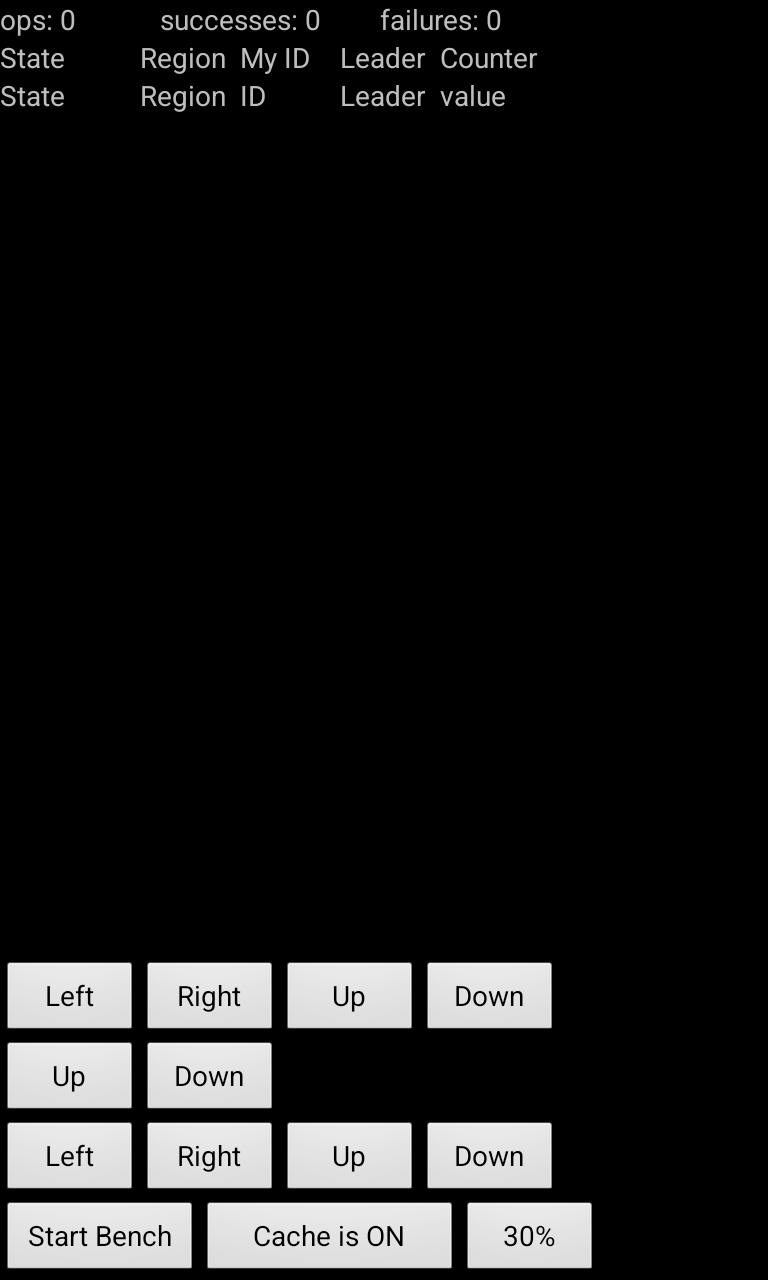
Repository: jasongao/csmcode
Layout: current/workspace/VNConsistent/res/layout/main.xml
These files come from the project's save history. The layout is drawn as it stood at one moment and after the next save; the edit follows.
It is drawn on a 768 x 1280 px phone screen (xhdpi) without system bars, with theme android:Theme; the app's code is not run. Lists and similar views that code fills are empty.

Above is the layout before, as saved 2011-07-17 15:35:56.

### current/workspace/VNConsistent/res/layout/main.xml
<?xml version="1.0" encoding="utf-8"?>
<LinearLayout xmlns:android="http://schemas.android.com/apk/res/android"
	android:orientation="vertical" android:layout_width="fill_parent"
	android:layout_height="fill_parent">

	<LinearLayout android:layout_width="match_parent"
		android:layout_height="wrap_content" android:id="@+id/CountInfoLayout">
		<TextView android:text="ops: 0" android:layout_height="wrap_content"
			android:id="@+id/opcount_tv" android:layout_width="80dip"></TextView>
		<TextView android:text="successes: 0" android:layout_height="wrap_content"
			android:id="@+id/successcount_tv" android:layout_width="110dip"></TextView>
		<TextView android:text="failures: 0" android:layout_height="wrap_content"
			android:id="@+id/failurecount_tv" android:layout_width="90dip"></TextView>
	</LinearLayout>

	<LinearLayout android:layout_width="match_parent"
		android:layout_height="wrap_content" android:id="@+id/StatusHeadingLayout">
		<TextView android:text="State" android:id="@+id/TextView04"
			android:layout_height="wrap_content" android:layout_width="70dip"></TextView>
		<TextView android:text="Region" android:layout_width="50dip"
			android:id="@+id/TextView03" android:layout_height="wrap_content"></TextView>
		<TextView android:text="My ID" android:layout_width="50dip"
			android:id="@+id/TextView01" android:layout_height="wrap_content"></TextView>
		<TextView android:layout_height="wrap_content"
			android:layout_width="50dip" android:text="Leader" android:id="@+id/TextView05"></TextView>
		<TextView android:text="Counter" android:layout_height="wrap_content"
			android:id="@+id/TextView06" android:layout_width="75dip"></TextView>
	</LinearLayout>
	<LinearLayout android:layout_width="match_parent"
		android:layout_height="wrap_content" android:id="@+id/StatusInfoLayout">
		<TextView android:text="State" android:layout_height="wrap_content"
			android:id="@+id/state_tv" android:layout_width="70dip"></TextView>
		<TextView android:text="Region" android:layout_height="wrap_content"
			android:layout_width="50dip" android:id="@+id/region_tv"></TextView>
		<TextView android:text="ID" android:layout_width="50dip"
			android:id="@+id/id_tv" android:layout_height="wrap_content"></TextView>
		<TextView android:layout_height="wrap_content"
			android:layout_width="50dip" android:text="Leader" android:id="@+id/leader_tv"></TextView>
		<TextView android:layout_height="wrap_content"
			android:layout_width="75dip" android:text="value" android:id="@+id/csm_tv"></TextView>
	</LinearLayout>

	<ListView android:id="@+id/msgList" android:layout_width="fill_parent"
		android:layout_height="fill_parent" android:stackFromBottom="true"
		android:transcriptMode="alwaysScroll" android:layout_weight="1">
	</ListView>

	<LinearLayout android:layout_width="fill_parent"
		android:orientation="horizontal" android:layout_height="wrap_content"
		android:id="@+id/RegionButton1Layout">
		<Button android:text="Left" android:id="@+id/left_button"
			android:layout_width="70dip" android:layout_height="40dip" />
		<Button android:text="Right" android:id="@+id/right_button"
			android:layout_width="70dip" android:layout_height="40dip" />
		<Button android:text="Up" android:id="@+id/up_button"
			android:layout_width="70dip" android:layout_height="40dip" />
		<Button android:text="Down" android:id="@+id/down_button"
			android:layout_width="70dip" android:layout_height="40dip" />
	</LinearLayout>

	<LinearLayout android:layout_width="fill_parent"
		android:orientation="horizontal" android:layout_height="wrap_content"
		android:id="@+id/RegionButton2Layout">
		<Button android:text="Up" android:id="@+id/up_button"
			android:layout_width="70dip" android:layout_height="40dip" />
		<Button android:text="Down" android:id="@+id/down_button"
			android:layout_width="70dip" android:layout_height="40dip" />
	</LinearLayout>

	<LinearLayout android:layout_width="fill_parent"
		android:orientation="horizontal" android:layout_height="wrap_content"
		android:id="@+id/RegionButtonLayout">
		<Button android:text="Left" android:id="@+id/left_button"
			android:layout_width="70dip" android:layout_height="40dip" />
		<Button android:text="Right" android:id="@+id/right_button"
			android:layout_width="70dip" android:layout_height="40dip"></Button>
		<Button android:text="Up" android:id="@+id/up_button"
			android:layout_width="70dip" android:layout_height="40dip" />
		<Button android:text="Down" android:id="@+id/down_button"
			android:layout_width="70dip" android:layout_height="40dip" />
	</LinearLayout>

	<LinearLayout android:layout_width="fill_parent"
		android:orientation="horizontal" android:layout_height="wrap_content"
		android:id="@+id/TestButtonsLayout">
		<Button android:text="Start Bench" android:layout_width="100dip"
			android:id="@+id/switchbench_button" android:layout_height="40dip"></Button>
		<Button android:layout_width="130dip" android:text="Cache is ON"
			android:id="@+id/cache_button" android:layout_height="40dip"></Button>
		<Button android:text="30%" android:id="@+id/distribution_button"
			android:layout_height="40dip" android:layout_width="70dip"></Button>
	</LinearLayout>

</LinearLayout>

After the next save:
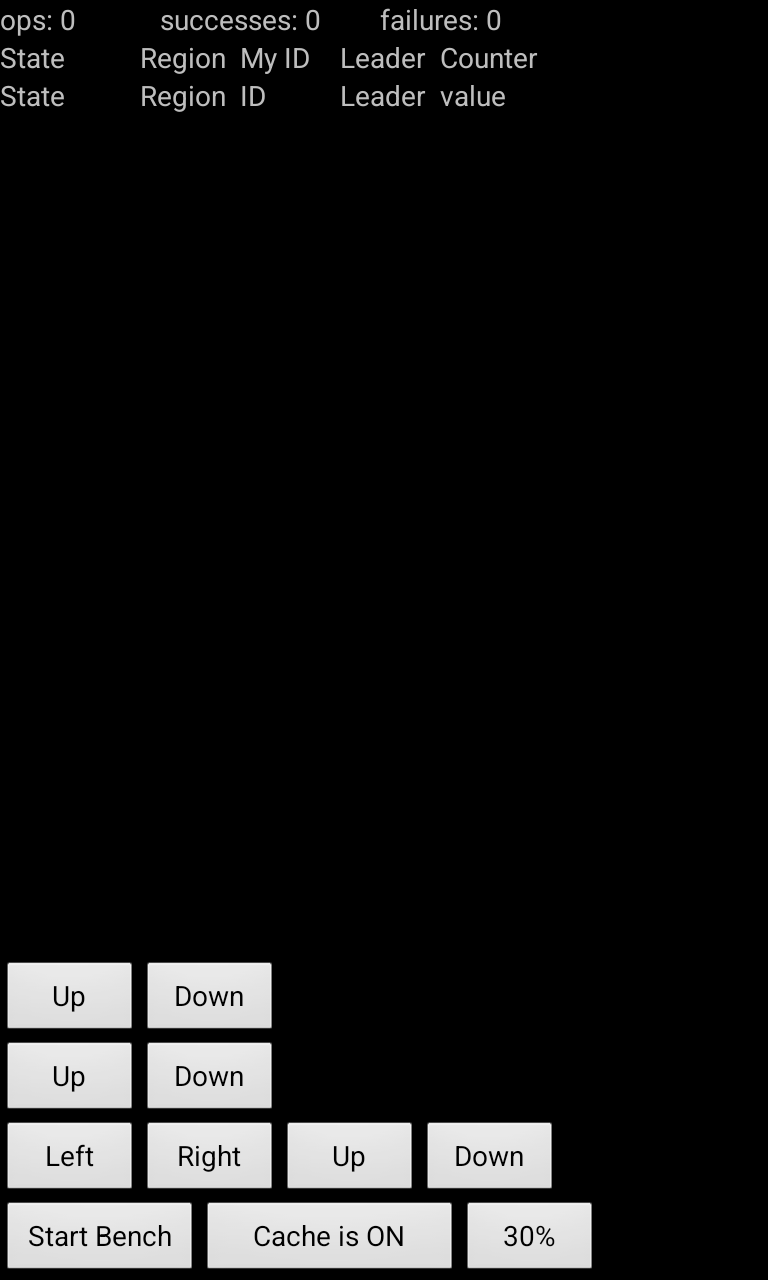
Saved 5 s later.
--- a/current/workspace/VNConsistent/res/layout/main.xml
+++ b/current/workspace/VNConsistent/res/layout/main.xml
@@ -48,10 +48,6 @@
 	<LinearLayout android:layout_width="fill_parent"
 		android:orientation="horizontal" android:layout_height="wrap_content"
 		android:id="@+id/RegionButton1Layout">
-		<Button android:text="Left" android:id="@+id/left_button"
-			android:layout_width="70dip" android:layout_height="40dip" />
-		<Button android:text="Right" android:id="@+id/right_button"
-			android:layout_width="70dip" android:layout_height="40dip" />
 		<Button android:text="Up" android:id="@+id/up_button"
 			android:layout_width="70dip" android:layout_height="40dip" />
 		<Button android:text="Down" android:id="@+id/down_button"
